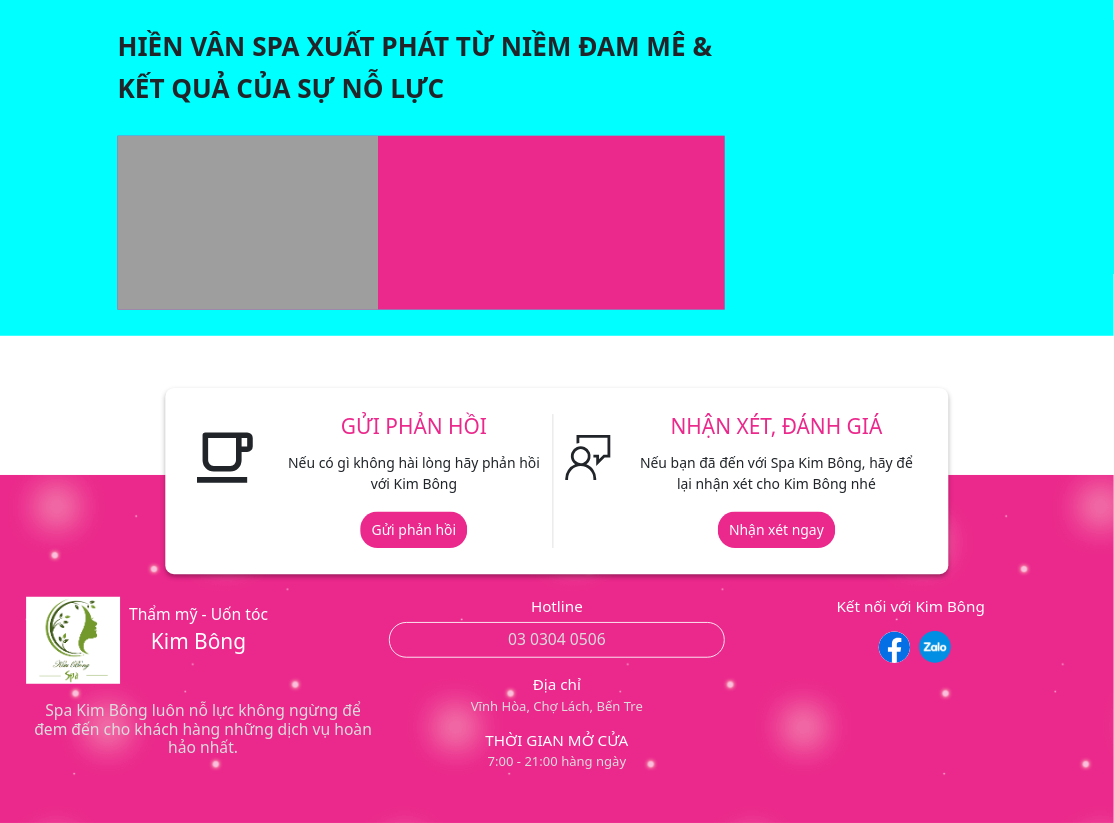
Repository: tranduykhuong/SpaKimBong
Page: /about
These files come from the project's save history. The page is drawn as it stood at one moment and after the next save; the edit follows.
The browser window is 1280 px wide. The pictures show the part of the page from y = 562 to 1808 px (the page is 1508 px tall before and 1808 px after), at 87% of full size.
Pictures or frames that could not be fetched are drawn as grey boxes. The project was rebuilt for these pictures with package versions that can differ from the ones it lists, and the page was loaded fresh each time. Also part of the build but not shown: src/components/Header/Slider/slider.scss, src/components/Header/Slider/Slider.js, src/components/Header/ListImage/listImage.scss, src/components/Header/ListImage/ListImage.js, src/pages/Home/home.scss, src/pages/Home/ListImage/listImage.scss, src/pages/Home/ListImage/ListImage.js, src/pages/Home/BookOnline/bookOnl.scss and 6 more.

Above is the page before, as saved 2022-06-02 01:22:48.

### src/App.js
import "./App.css";
import Header from "./components/Header/Header";
import Home from "./pages/Home/Home";
import "bootstrap/dist/css/bootstrap.min.css";
import { Route, Routes } from "react-router-dom";
import About from "./pages/About/About";

function App() {
  return (
    <div className="App">
      <Header />
      <Routes>
        <Route path="/" element={<Home />} />
        <Route path="/about" element={<About />} />
      </Routes>
    </div>
  );
}

export default App;

### src/components/Header/Header.js
import React, { useEffect, useState } from "react";
import "./header.scss";
import { BsSearch, BsFacebook } from "react-icons/bs";
import { BiPhoneCall } from "react-icons/bi";
import Slider from "./Slider/Slider";
import ListImage from "./ListImage/ListImage";
import { Link, useLocation } from "react-router-dom";

function Header() {
  const path = useLocation().pathname;
  const [fixedNavbar, setFixedNavbar] = useState(false);

  useEffect(() => {
    // set fixed navbar
    const handleScroll = () => {
      if (window.scrollY < 1) {
        setFixedNavbar(true);
      }

      if (window.scrollY > 170) setFixedNavbar(true);
      else setFixedNavbar(false);
    };

    window.addEventListener("scroll", handleScroll);

    // cleanup function
    return () => {
      window.removeEventListener("scroll", handleScroll);
    };
  }, []);

  return (
    <div className="header">
      <div className={"infor " + (fixedNavbar ? "mg-navbar" : "")}>
        <div className="logo">
          <img src="../../img/logoSpa.png" alt="" />
          <div className="nameSpa">
            <h4>Thẩm mỹ - Uốn tóc</h4>
            <h2>Kim Bông</h2>
          </div>
        </div>

        <div className="search">
          <input type="text" placeholder="Tìm kiếm sản phẩm/ bài viết ..." />
          <a className="icon">
            <BsSearch className="iconSearch" />
          </a>
        </div>

        <div className="contact">
          <a href="/" className="icon">
            <BsFacebook className="iconFacebook" />
          </a>
          <a href="/" className="icon">
            <img src="../../img/Zalo.png" alt="" className="iconZalo" />
          </a>

          <div className="phone">
            <BiPhoneCall className="iconPhone" />
            <h3>03 0304 0506</h3>
          </div>
        </div>
      </div>
      <div className={"myNavbar " + (fixedNavbar ? "fixedNavbar" : "")}>
        <div className="navbarContent">
          <ul className="navbarList">
            <li className={path === "/" ? "active" : ""}>
              <Link to="/">TRANG CHỦ</Link>
            </li>
            <li className={path === "/about" ? "active" : ""}>
              <Link to="/about">GIỚI THIỆU</Link>
            </li>
            <li className={path === "/skin" ? "active" : ""}>
              <Link to="/">CHĂM SÓC DA</Link>
            </li>
            <li className={path === "/acne" ? "active" : ""}>
              <Link to="/">TRỊ MỤN</Link>
            </li>
            <li className={path === "/open-time" ? "active" : ""}>
              <Link to="/">LỊCH MỞ CỬA</Link>
            </li>
          </ul>
        </div>
      </div>
      {/* <Slider /> */}
      {/* <ListImage /> */}
    </div>
  );
}

export default Header;

### src/pages/About/About.js
import "./About.scss";
import React from "react";
import Footer from "./../../components/Footer/Footer";

const About = () => {
  return (
    <div>
      <div className="container1">
        <div className="container-image"></div>

        <div className="container-content">
          <div className="content-left">
            <div className="title">
              <h1>HIỀN VÂN SPA XUẤT PHÁT TỪ NIỀM ĐAM MÊ & KẾT QUẢ CỦA SỰ NỖ LỰC</h1>
            </div>
            <div className="box">
              <div className="box-content-img">
                <div className="box-img">
                  <img width={200} height={100} src="https://i.pinimg.com/originals/2c/84/5a/2c845a66b8ad2a8aafd288bdc16cd459.jpg"></img>
                </div>
              </div>
            </div>
          </div>
          <div className="image-right"></div>
        </div>
      </div>

      <Footer />
    </div>
  );
};

export default About;

### src/components/Header/header.scss
$height-navbar: 5rem;

.header {
    .mg-navbar {
        margin-bottom: $height-navbar;
    }

    .infor {
        max-width: 1200px;
        padding: .6rem 0;
        display: flex;
        justify-content: space-between;

        .logo {
            display: flex;
            flex: 1;

            img {
                height: 10rem;
            }

            .nameSpa {
                color: #eb288c;
                margin: auto 0;

                h4 {
                    font-size: 1.8rem;
                    font-weight: 500;
                }

                h2 {
                    font-size: 2.4rem;
                }
            }
        }


        .search {
            margin: auto 0;
            border-radius: 50px;
            border: solid .1rem #eb288c;
            height: 37px;
            display: flex;

            input {
                font-size: 1.4rem;
                margin: auto 16px;
                min-width: 26rem;
                border: none;
                outline: none;
            }

            .icon {
                margin: auto 10px;
                cursor: pointer;
            }

            .iconSearch {
                width: 1.8rem;
                height: 1.8rem;
                color: #eb288c;

                &:hover {
                    color: #f867b2;
                }
            }
        }

        .contact {
            display: flex;
            margin-left: 20px;

            .icon {
                margin: auto 0;
                margin-left: 10px;

            }

            .iconFacebook {
                width: 2.8rem;
                height: 2.8rem;
                color: rgba($color: #0570e6, $alpha: 1.0);
            }

            .iconZalo {
                width: 2.8rem;
                height: 2.8rem;
                border-radius: 50%;
            }

            .phone {
                margin: auto 0;
                margin-left: 20px;
                display: flex;

                .iconPhone {
                    width: 2.6rem;
                    height: 2.6rem;
                }

                h3 {
                    font-size: 1.4rem;
                    font-weight: 500;
                    margin: auto 4px;
                }
            }

        }
    }

    .fixedNavbar {
        position: fixed;
        top: 0;
        left: 0;
        z-index: 50;
        width: 100%;
        animation: fixedNavbar 1s forwards;
    }

    @keyframes fixedNavbar {
        from {
            top: -5rem;
            opacity: 0;
        }

        to {
            top: 0;
            opacity: 1;
        }
    }

    .myNavbar {
        height: $height-navbar;
        background-color: #eb288c;

        .navbarContent {
            max-width: 1200px;
            margin: 0 auto;

            .navbarList {
                display: flex;
                margin: 0 1rem;
                // justify-content: space-evenly;

                li {
                    list-style: none;

                    a {
                        line-height: $height-navbar;
                        height: $height-navbar;
                        display: block;
                        color: #fff;
                        font-size: 1.6rem;
                        font-weight: 600;
                        text-decoration: none;
                        padding: 0 2rem;
                    }

                    &:hover {
                        background-color: #f844a1;
                        cursor: pointer;
                    }
                }

                .active {
                    background-color: #dd0876;
                }
            }
        }
    }
}

### src/components/Footer/Footer.js
import React, { useEffect } from "react";
import "./footer.scss";
import { BsFacebook } from "react-icons/bs";
import { RiCupLine } from "react-icons/ri";
import { VscFeedback } from "react-icons/vsc";

const Footer = () => {
  return (
    <div className="footer">
      <div className="logo">
        <div className="info">
          <img src="../../img/logoSpa.png" alt="" />
          <div className="nameSpa">
            <h4>Thẩm mỹ - Uốn tóc</h4>
            <h2>Kim Bông</h2>
          </div>
        </div>

        <h5>
          Spa Kim Bông luôn nỗ lực không ngừng để đem đến cho khách hàng những
          dịch vụ hoàn hảo nhất.
        </h5>
      </div>

      <div className="address">
        <h3>Hotline</h3>
        <div className="hotline">03 0304 0506</div>
        <h3>Địa chỉ</h3>
        <h4>Vĩnh Hòa, Chợ Lách, Bến Tre</h4>
        <h3>THỜI GIAN MỞ CỬA</h3>
        <h4>7:00 - 21:00 hàng ngày</h4>
      </div>
      <div className="contact">
        <h3>Kết nối với Kim Bông</h3>
        <a href="/" className="icon">
          <BsFacebook className="iconFacebook" />
        </a>
        <a href="/" className="icon">
          <img src="../../img/Zalo.png" alt="" className="iconZalo" />
        </a>
      </div>

      <div className="subFooter">
        <div className="report">
          <RiCupLine className="icon" />
          <div>
            <h3>Gửi phản hồi</h3>
            <p>Nếu có gì không hài lòng hãy phản hồi với Kim Bông</p>
            <div className="btn">Gửi phản hồi</div>
          </div>
        </div>
        <div className="feedback">
          <VscFeedback className="icon" />
          <div>
            <h3>Nhận xét, Đánh giá</h3>
            <p>
              Nếu bạn đã đến với Spa Kim Bông, hãy để lại nhận xét cho Kim Bông
              nhé
            </p>
            <div className="btn">Nhận xét ngay</div>
          </div>
        </div>
      </div>
    </div>
  );
};

export default Footer;

### src/pages/About/About.scss
.container1 {
  .container-image {
    width: 100%;
    height: 400px;
    // padding: 5rem;
    // display: flex;
    align-items: center;
    justify-content: center;
    background-image: url("https://i.pinimg.com/originals/2c/84/5a/2c845a66b8ad2a8aafd288bdc16cd459.jpg");
  }

  .container-content {
    display: flex;
    width: 100%;
    background-color: aqua;

    .content-left {
      width: 60%;
      padding: 0 35px 30px;
      margin-left: 100px;
      text-align: left;

      .title {
        margin: 30px 0;
        h1 {
          font-size: 3rem;
          font-weight: bolder;
          line-height: 1.6;
        }
      }

      .box{
        .box-content-img{
          background-color: #eb288c;

          .box-img{

            img{
              width: 300px;
              height: 200px;
            }
          }
        }

      }
    }
  }
}

### src/components/Footer/footer.scss
$title-color: #fff;

.footer {
    background-image: url(../../../public/img/sparkle1.png), url(../../../public/img/sparkle2.png);
    width: 100%;
    height: 400px;
    background-color: #eb288c;
    animation: sparkle 60s linear infinite;
    padding: 14rem 3rem 0;
    display: flex;
    justify-content: space-around;
    position: relative;
    margin-top: 16rem;

    .logo {
        flex: 1;

        .info {
            display: flex;

            img {
                height: 10rem;
            }

            .nameSpa {
                color: $title-color;
                margin: 1rem;

                h4 {
                    font-size: 1.8rem;
                    font-weight: 500;
                }

                h2 {
                    font-size: 2.4rem;
                }
            }
        }

        h5 {
            margin: 2rem .6rem;
            font-size: 1.8rem;
            font-weight: 400;
            color: #ddd;
        }
    }

    .contact {
        flex: 1;

        h3 {
            margin-bottom: 1.8rem;
            color: $title-color;
        }

        .icon {
            margin: auto 0;
            margin-left: 10px;

        }

        .iconFacebook {
            width: 3.6rem;
            height: 3.6rem;
            color: rgba($color: #0570e6, $alpha: 1.0);
            background-color: $title-color;
            border-radius: 50%;
        }

        .iconZalo {
            width: 3.7rem;
            height: 3.7rem;
            border-radius: 50%;
        }
    }

    .address {
        color: #ddd;
        flex: 1;

        h3 {
            // margin-bottom: 2rem;
            color: $title-color;
        }

        h4 {
            margin-bottom: 2rem;
        }

        .hotline {
            padding: .6rem;
            font-size: 1.8rem;
            margin: .8rem 1rem 2rem;
            border: 1px solid $title-color;
            border-radius: 2rem;

            &:hover {
                color: $title-color;
                cursor: pointer;
            }
        }
    }

    @keyframes sparkle {
        0% {
            background-position: 0px 0px, 0px 0px, 0px 0px;
        }

        100% {
            background-position: -500px -1000px, -400px -400px, 300px 300px;
        }
    }

    .subFooter {
        width: 100%;
        max-width: 90rem;
        min-height: 20rem;
        box-shadow: 0 3px 6px -4px rgba(0, 0, 0, 0.2), 0 3px 6px rgba(0, 0, 0, 0.3);

        background-color: #fff;
        border-radius: 1rem;
        z-index: 50;
        top: -10rem;
        left: 50%;
        transform: translateX(-50%);
        position: absolute;
        display: flex;
        padding: 3rem;
        justify-content: space-around;

        .report,
        .feedback {
            display: flex;
            flex: 1;
            justify-content: center;

            h3 {
                text-transform: uppercase;
                font-size: 2.4rem;
                color: #eb288c;
            }

            p {
                font-size: 1.6rem;
                padding: 1rem;
            }

            .icon {
                height: 10rem;
                width: 10rem;
                margin-right: 2rem;
            }

            .btn {
                padding: 0.8rem 1.2rem;
                background-color: #eb288c;
                border-radius: 2rem;
                font-size: 1.6rem;
                color: #fff;

                &:hover {
                    background-color: #cc1574;
                }
            }
        }

        .report {
            border-right: 1px solid #ddd;
        }

        .feedback {
            margin-left: 1rem;
        }
    }
}

Loaded but not shown: public/index.html (common file); src/index.js (common file); src/index.css (common file); src/reportWebVitals.js (common file); src/App.css (common file)

After the next save:
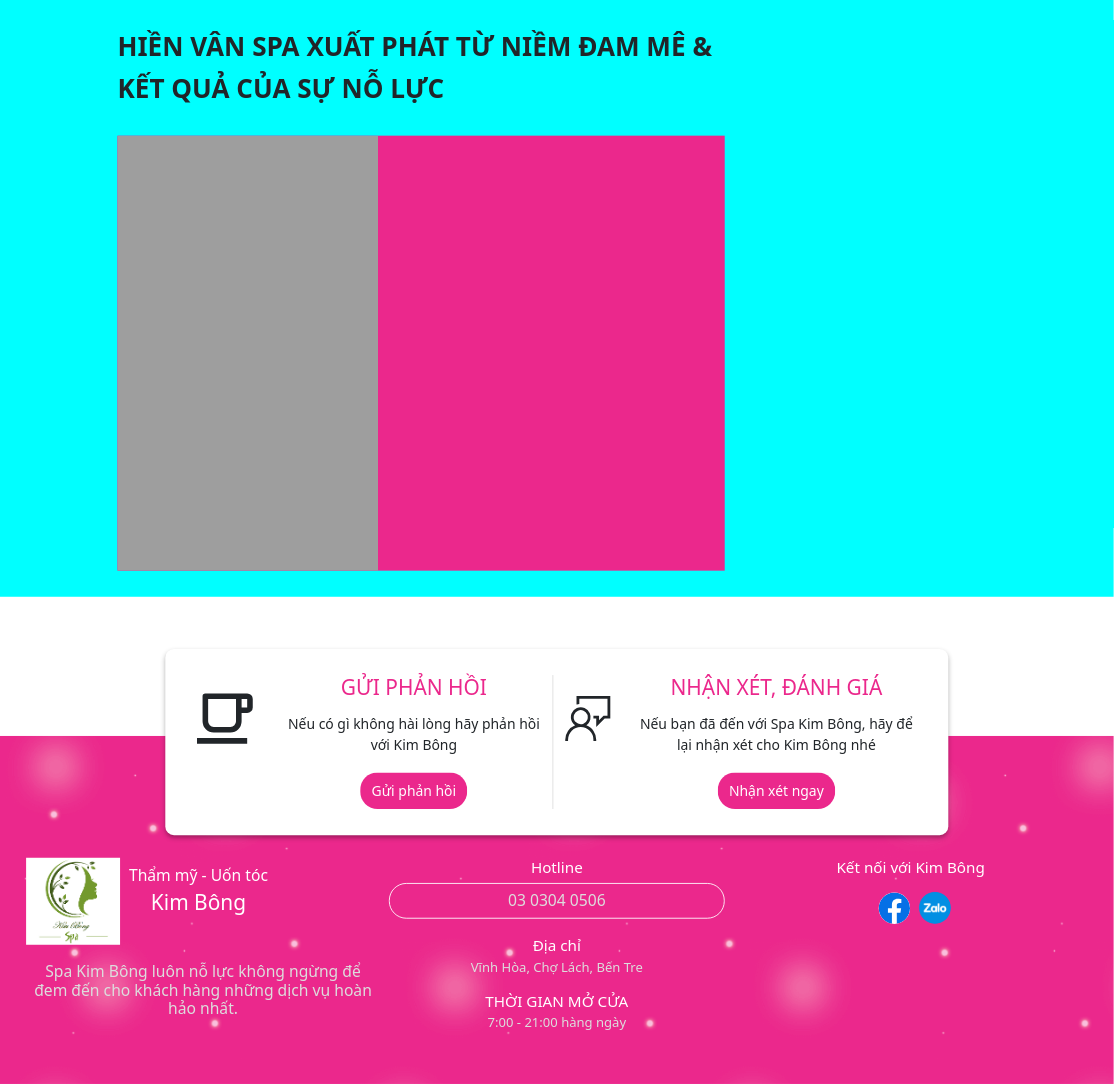
Saved 12 s later.
--- a/src/pages/About/About.scss
+++ b/src/pages/About/About.scss
@@ -37,7 +37,7 @@
 
             img{
               width: 300px;
-              height: 200px;
+              height: 500px;
             }
           }
         }
